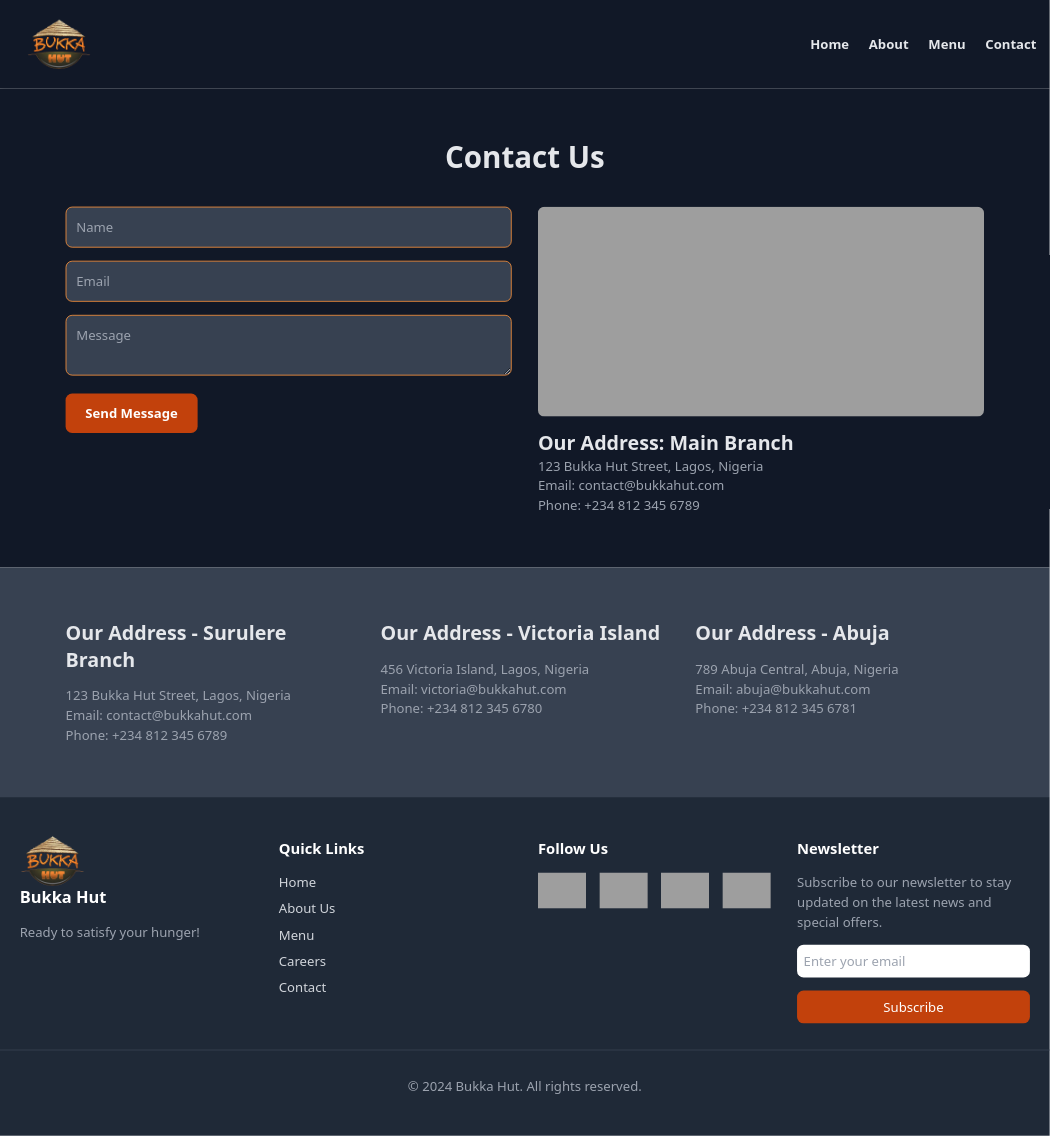
Repository: countaustin1990/BUKKAHUT
Page: Contact.main.html
An editor plug-in stored every save of this project. The page is shown before and after the next save, followed by the edit.
The browser window is 1280 px wide. The pictures show the whole page, at 82% of full size.
Pictures or frames that could not be fetched are drawn as grey boxes. Some web libraries are served in a nearby version.

Above is the page before, as saved 2024-08-26 16:09:57.

### Contact.main.html
<!DOCTYPE html>
<html lang="en">

<head>
    <meta charset="UTF-8">
    <meta name="viewport" content="width=device-width, initial-scale=1.0">
    <title>Bukka Hut Contact</title>
    <script src="https://cdn.tailwindcss.com"></script>
</head>

<body class="bg-gray-100 font-sans antialiased">

         <!-- Navigation -->
  <nav class="shadow-md bg-gray-900">
    <div class="container mx-auto px-4 py-2 flex items-center justify-between">
      <div class="text-2xl font-bold text-blue-600">
        <a href="#" class="flex flex-col lg:flex-row items-center lg:space-x-8 p-4">
          <img src="Logo-r.png" alt="Bukka Hut" width="80">
          </a>
      </div>
      <div class="hidden md:flex space-x-6">
        <a href="index.html" class="text-gray-200 hover:text-orange-700 font-bold">Home</a>
        <a href="About.html" class="text-gray-200 hover:text-orange-700 font-bold">About</a>
        <a href="Menu.html" class="text-gray-200 hover:text-orange-700 font-bold">Menu</a>
        <a href="./Contact.main.html" class="text-gray-200 hover:text-orange-700 font-bold">Contact</a>
      </div>
      <div class="md:hidden">
        <button id="menu-button" class="text-white focus:outline-none">
          <svg xmlns="http://www.w3.org/2000/svg" fill="none" viewBox="0 0 24 24" stroke="currentColor" class="w-6 h-6">
            <path stroke-linecap="round" stroke-linejoin="round" stroke-width="2" d="M4 6h16M4 12h16M4 18h16" />
          </svg>
        </button>
      </div>
    </div>
  </nav>

    <!-- Mobile Menu -->
    <div id="mobile-menu" class="hidden md:hidden bg-gray-900 shadow-md">
      <a href="test.html" class="block px-4 py-2 text-white hover:bg-orange-600">Home</a>
      <a href="./About.html" class="block px-4 py-2 text-white hover:bg-orange-600">About</a>
      <a href="./Menu.html" class="block px-4 py-2 text-white hover:bg-orange-600">Menu</a>
      <a href="./Contact.main.html" class="block px-4 py-2 text-white hover:bg-orange-600">Contact</a>
    </div>
  </nav>

    <!-- Contact Section with Two Columns -->
    <section id="contact" class="py-16 flex flex-col items-center justify-center bg-gray-900">
        <div class="max-w-6xl mx-auto px-4">
            <h2 class="text-4xl font-bold mb-10 text-center text-gray-200">Contact Us</h2>
            <div class="grid grid-cols-1 md:grid-cols-2 gap-8">
                <!-- Contact Form -->
                <div>
                    <form class="space-y-4">
                        <input type="text" placeholder="Name" required
                            class="w-full p-3 rounded-lg bg-gray-700 border border-orange-400 focus:outline-none focus:ring-2 focus:ring-yellow-500">
                        <input type="email" placeholder="Email" required
                            class="w-full p-3 rounded-lg bg-gray-700 border border-orange-400 focus:outline-none focus:ring-2 focus:ring-yellow-500">
                        <textarea placeholder="Message" required
                            class="w-full p-3 rounded-lg bg-gray-700 border border-orange-400 focus:outline-none focus:ring-2 focus:ring-yellow-500"></textarea>
                        <button type="submit"
                            class="bg-orange-700 hover:bg-orange-600 text-white py-3 px-6 rounded-lg font-semibold">Send
                            Message</button>
                    </form>
                </div>
                <!-- Map and Details -->
                <div class="space-y-4">
                    <div class="w-full h-64 rounded-lg overflow-hidden">
                        <iframe class="w-full h-full"
                            src="https://www.google.com/maps/embed?pb=!1m18!1m12!1m3!1d3151.8354345087995!2d144.95373631531968!3d-37.81627974200248!2m3!1f0!2f0!3f0!3m2!1i1024!2i768!4f13.1!3m3!1m2!1s0x6ad642af0f11fd81%3A0xf5773e6a1d74e199!2sBukka%20Hut!5e0!3m2!1sen!2sng!4v1633538250270!5m2!1sen!2sng"
                            frameborder="0" style="border:0;" allowfullscreen="" aria-hidden="false"
                            tabindex="0"></iframe>
                    </div>
                    <div class="text-gray-400">
                        <h3 class="text-2xl font-semibold text-gray-200">Our Address: Main Branch</h3>
                        <p>123 Bukka Hut Street, Lagos, Nigeria</p>
                        <p>Email: contact@bukkahut.com</p>
                        <p>Phone: +234 812 345 6789</p>
                    </div>
                </div>
            </div>
        </div>
    </section>

    <!-- Contact Section with Two Columns and Multiple Locations -->
<section id="contact" class="py-16 flex flex-col items-center justify-center bg-gray-700">
    <div class="max-w-6xl mx-auto px-4">
        <!--h2 class="text-4xl font-bold mb-10 text-center text-gray-200">Contact Us</!--h2-->
        <div class="grid grid-cols-1 md:grid-cols-2 lg:grid-cols-3 gap-8">
            <!-- Location 1 -->
            <div>
                <h5 class="text-2xl font-semibold text-gray-200 mb-4">Our Address - Surulere Branch</h5>
                <!--div class="w-full h-64 rounded-lg overflow-hidden mb-4">
                    <iframe class="w-full h-full" src="https://www.google.com/maps/embed?pb=!1m18!1m12!1m3!1d3151.8354345087995!2d144.95373631531968!3d-37.81627974200248!2m3!1f0!2f0!3f0!3m2!1i1024!2i768!4f13.1!3m3!1m2!1s0x6ad642af0f11fd81%3A0xf5773e6a1d74e199!2sBukka%20Hut!5e0!3m2!1sen!2sng!4v1633538250270!5m2!1sen!2sng" frameborder="0" style="border:0;" allowfullscreen="" aria-hidden="false" tabindex="0"></iframe>
                </!--div-->
                <p class="text-gray-400">123 Bukka Hut Street, Lagos, Nigeria</p>
                <p class="text-gray-400">Email: contact@bukkahut.com</p>
                <p class="text-gray-400">Phone: +234 812 345 6789</p>
            </div>
            <!-- Location 2 -->
            <div>
                <h5 class="text-2xl font-semibold text-gray-200 mb-4">Our Address - Victoria Island</h5>
                <!--div class="w-full h-64 rounded-lg overflow-hidden mb-4">
                    <iframe class="w-full h-full" src="https://www.google.com/maps/embed?pb=!1m18!1m12!1m3!1d3151.8354345087995!2d144.95373631531968!3d-37.81627974200248!2m3!1f0!2f0!3f0!3m2!1i1024!2i768!4f13.1!3m3!1m2!1s0x6ad642af0f11fd81%3A0xf5773e6a1d74e199!2sBukka%20Hut!5e0!3m2!1sen!2sng!4v1633538250270!5m2!1sen!2sng" frameborder="0" style="border:0;" allowfullscreen="" aria-hidden="false" tabindex="0"></iframe>
                </!--div-->
                <p class="text-gray-400">456 Victoria Island, Lagos, Nigeria</p>
                <p class="text-gray-400">Email: victoria@bukkahut.com</p>
                <p class="text-gray-400">Phone: +234 812 345 6780</p>
            </div>
            <!-- Location 3 -->
            <div>
                <h5 class="text-2xl font-semibold text-gray-200 mb-4">Our Address - Abuja</h5>
                <!--div class="w-full h-64 rounded-lg overflow-hidden mb-4">
                    <iframe class="w-full h-full" src="https://www.google.com/maps/embed?pb=!1m18!1m12!1m3!1d3151.8354345087995!2d144.95373631531968!3d-37.81627974200248!2m3!1f0!2f0!3f0!3m2!1i1024!2i768!4f13.1!3m3!1m2!1s0x6ad642af0f11fd81%3A0xf5773e6a1d74e199!2sBukka%20Hut!5e0!3m2!1sen!2sng!4v1633538250270!5m2!1sen!2sng" frameborder="0" style="border:0;" allowfullscreen="" aria-hidden="false" tabindex="0"></iframe>
                </!--div-->
                <p class="text-gray-400">789 Abuja Central, Abuja, Nigeria</p>
                <p class="text-gray-400">Email: abuja@bukkahut.com</p>
                <p class="text-gray-400">Phone: +234 812 345 6781</p>
            </div>
        </div>
    </div>
</section>


   <!-- Footer Section -->
    <footer class="bg-gray-800 text-gray-300 py-12">
        <div class="container mx-auto px-6 grid grid-cols-1 md:grid-cols-3 lg:grid-cols-4 gap-8">
            <!-- Company Info -->
            <div>
                <div class="text-2xl font-bold text-blue-600">
                    <a href="#" class="flex flex-col lg:flex-row items-center">
                        <img src="Logo-r.png" alt="Bukka Hut" width="80">
                    </a>
                     <h3 class="text-xl font-bold text-white mb-4">Bukka Hut</h3>
                </div>

                <p class="text-gray-400 leading-relaxed">
                    Ready to satisfy your hunger!
                </p>

            </div>

            <!-- Navigation Links -->
            <div>
                <h4 class="text-lg font-bold text-white mb-4">Quick Links</h4>
                <ul>
                    <li class="mb-2">
                        <a href="./index.html" class="hover:text-white transition-colors">Home</a>
                    </li>
                    <li class="mb-2">
                        <a href="./About.html" class="hover:text-white transition-colors">About Us</a>
                    </li>
                    <li class="mb-2">
                        <a href="./Menu.test.html" class="hover:text-white transition-colors">Menu</a>
                    </li>
                    <li class="mb-2">
                        <a href="Careers.html" class="hover:text-white transition-colors">Careers</a>
                    </li>
                    <li>
                        <a href="./Contact.main.html" class="hover:text-white transition-colors">Contact</a>
                    </li>
                </ul>
            </div>


<!-- Social Media -->
<div>
  <h4 class="text-lg font-bold text-white mb-4">Follow Us</h4>
  <div class="flex space-x-4">
    <a href="#" class="text-gray-400 hover:text-white transition-colors">
      <img src="https://img.icons8.com/ios-filled/30/ffffff/facebook-new.png" alt="Facebook" class="icont">
    </a>
    <a href="#" class="text-gray-400 hover:text-white transition-colors">
      <img src="https://img.icons8.com/ios-filled/30/ffffff/twitter.png" alt="Twitter" class="icont">
    </a>
    <a href="#" class="text-gray-400 hover:text-white transition-colors">
      <img src="https://img.icons8.com/ios-filled/30/ffffff/linkedin.png" alt="LinkedIn" class="icont">
    </a>
    <a href="#" class="text-gray-400 hover:text-white transition-colors">
      <img src="https://img.icons8.com/ios-filled/30/ffffff/instagram-new.png" alt="Instagram" class="icont">
    </a>
  </div>
</div>
            <!-- Newsletter -->
            <div>
                <h4 class="text-lg font-semibold text-white mb-4">Newsletter</h4>
                <p class="text-gray-400 mb-4">
                    Subscribe to our newsletter to stay updated on the latest news and special offers.
                </p>
                <form>
                    <input type="email" placeholder="Enter your email" class="w-full p-2 mb-4 text-gray-900 rounded-lg focus:outline-none">
                    <button type="submit" class="w-full bg-orange-700 text-white p-2 rounded-lg hover:bg-orange-600 transition-colors">Subscribe</button>
                </form>
            </div>
        </div>

        <!-- Footer Bottom -->
        <div class="border-t border-gray-700 mt-8 pt-8 text-center">
            <p class="text-gray-400">&copy; 2024 Bukka Hut. All rights reserved.</p>
        </div>
    </footer>

</body>

</html>

After the next save:
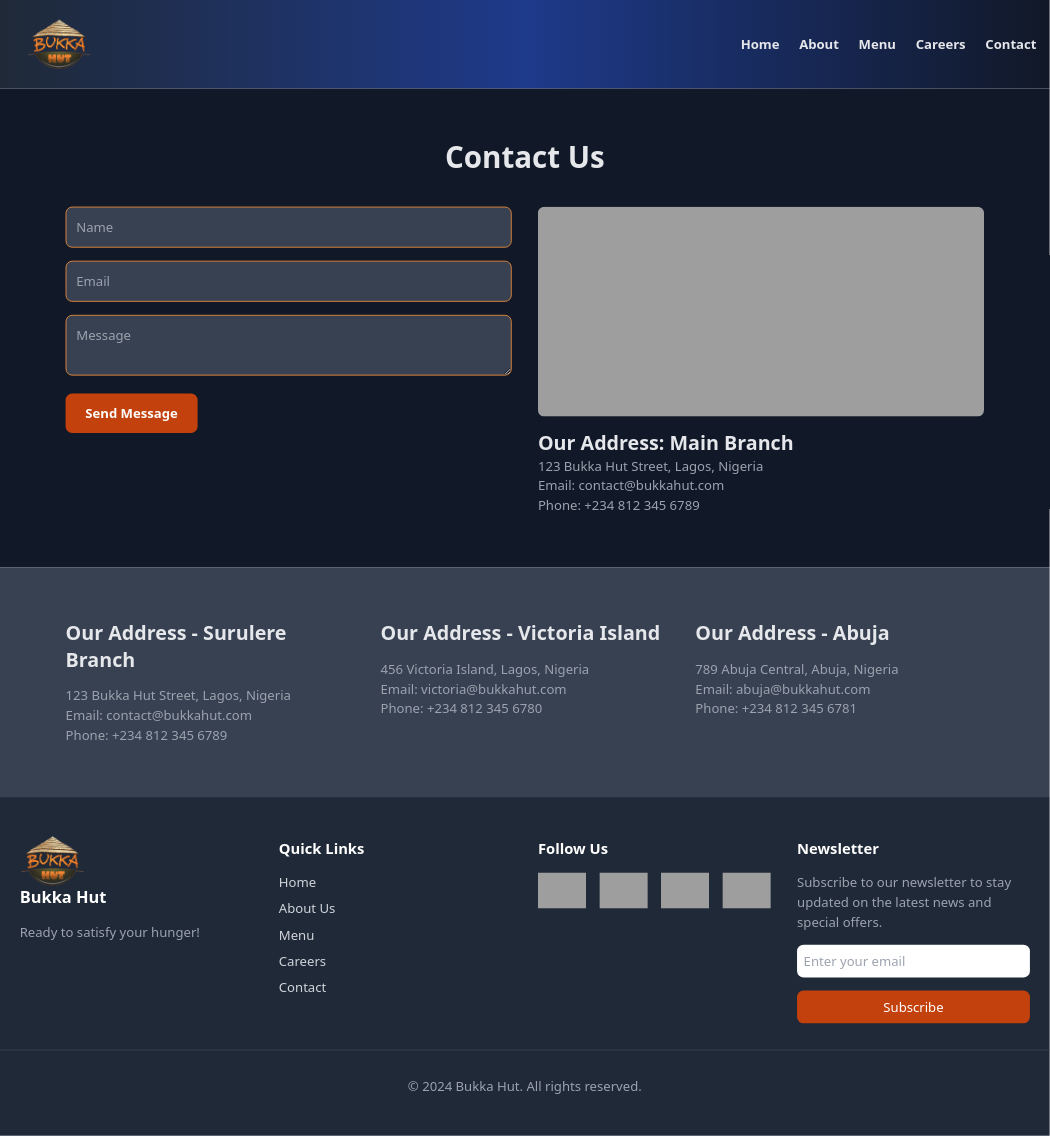
Saved 2 min 0 s later.
--- a/Contact.main.html
+++ b/Contact.main.html
@@ -9,9 +9,8 @@
 </head>
 
 <body class="bg-gray-100 font-sans antialiased">
-
-         <!-- Navigation -->
-  <nav class="shadow-md bg-gray-900">
+ <!-- Navigation -->
+  <nav class="shadow-md bg-gradient-to-r from-gray-800 via-blue-900 to-gray-900 text-gray-200">
     <div class="container mx-auto px-4 py-2 flex items-center justify-between">
       <div class="text-2xl font-bold text-blue-600">
         <a href="#" class="flex flex-col lg:flex-row items-center lg:space-x-8 p-4">
@@ -21,7 +20,8 @@
       <div class="hidden md:flex space-x-6">
         <a href="index.html" class="text-gray-200 hover:text-orange-700 font-bold">Home</a>
         <a href="About.html" class="text-gray-200 hover:text-orange-700 font-bold">About</a>
-        <a href="Menu.html" class="text-gray-200 hover:text-orange-700 font-bold">Menu</a>
+        <a href="Menu.test.html" class="text-gray-200 hover:text-orange-700 font-bold">Menu</a>
+        <a href="Careers.html" class="text-gray-200 hover:text-orange-700 font-bold">Careers</a>
         <a href="./Contact.main.html" class="text-gray-200 hover:text-orange-700 font-bold">Contact</a>
       </div>
       <div class="md:hidden">
@@ -32,16 +32,17 @@
         </button>
       </div>
     </div>
-  </nav>
 
     <!-- Mobile Menu -->
     <div id="mobile-menu" class="hidden md:hidden bg-gray-900 shadow-md">
       <a href="test.html" class="block px-4 py-2 text-white hover:bg-orange-600">Home</a>
       <a href="./About.html" class="block px-4 py-2 text-white hover:bg-orange-600">About</a>
-      <a href="./Menu.html" class="block px-4 py-2 text-white hover:bg-orange-600">Menu</a>
+      <a href="./Menu.test.html" class="block px-4 py-2 text-white hover:bg-orange-600">Menu</a>
+      <a href="./Career.html" class="block px-4 py-2 text-white hover:bg-orange-600">Career</a>
       <a href="./Contact.main.html" class="block px-4 py-2 text-white hover:bg-orange-600">Contact</a>
     </div>
   </nav>
+
 
     <!-- Contact Section with Two Columns -->
     <section id="contact" class="py-16 flex flex-col items-center justify-center bg-gray-900">
